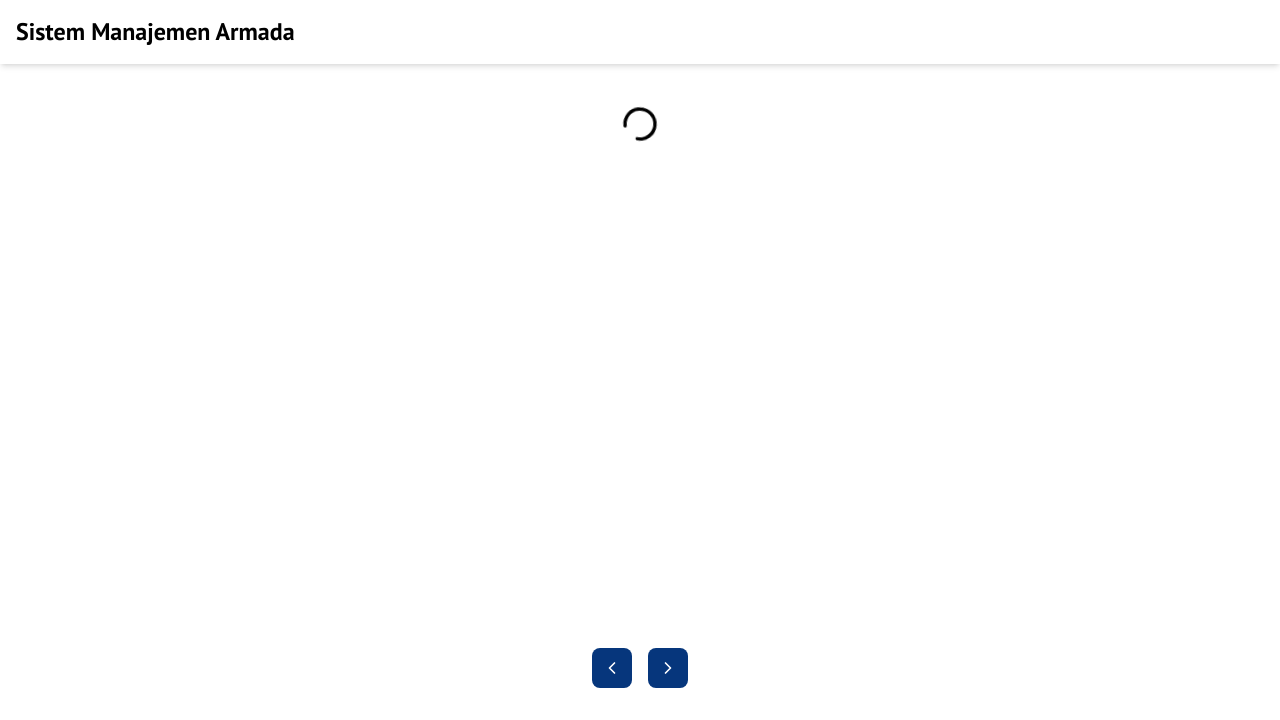
Repository: SyahrulRmd/8973d208-5d3b
Page: /
The author's editor kept a copy of each file at every save. The page is drawn from the files as they stood at one save, then again after the next save.
The browser window is 1280 px wide. The pictures show the whole page.
The page's requests for data from a server got no answer. The project was rebuilt for these pictures with package versions that can differ from the ones it lists, and the page was loaded fresh each time. No one was signed in, and anything a server would have sent is missing. Also part of the build but not shown: vite.config.ts, src/components/ui/dialog.tsx, src/components/icons/bus.tsx.

Above is the page before, as saved 2025-07-05 22:48:03.

After the next save:
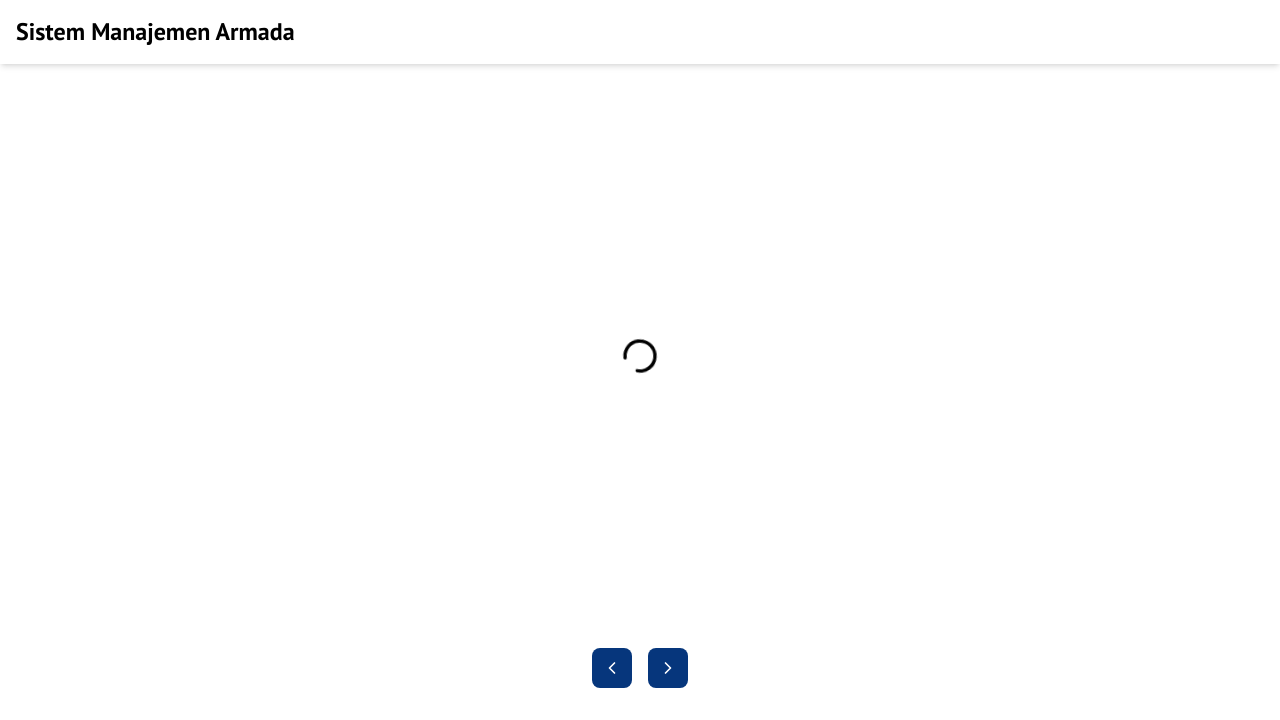
Saved 32 s later.
--- a/src/App.tsx
+++ b/src/App.tsx
@@ -21,11 +21,9 @@ function App() {
       <section className='container'>
         <div className='grid grid-cols-12 sm:gap-10 gap-4 min-h-[70dvh]'>
           {loading ? (
-            <div className='col-span-12 h-full'>
-              <div className=' space-y-3'>
-                <div className='flex flex-col justify-center items-center'>
-                  <Loader2 className='w-10 h-10 animate-spin' />
-                </div>
+            <div className='col-span-12 h-full flex flex-col justify-center items-center '>
+              <div className=''>
+                <Loader2 className='w-10 h-10 animate-spin' />
               </div>
             </div>
           ) : error ? (
